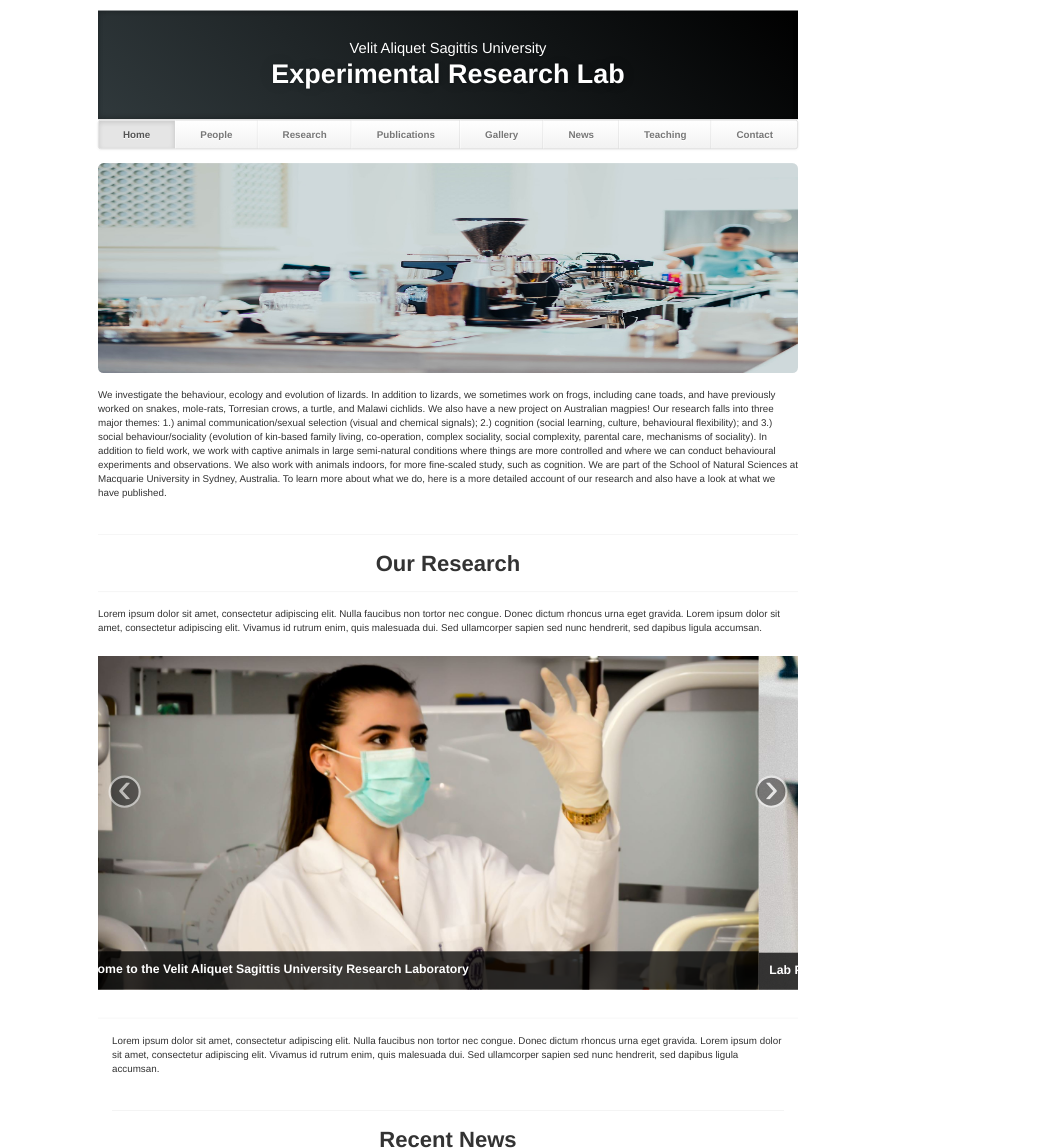
Repository: IAEUC/iaeuc.github.io
Page: index.html
The author's editor kept a copy of each file at every save. The page is drawn from the files as they stood at one save, then again after the next save.
The browser window is 1280 px wide. The page is 1280 px wide, then 1490 px, so the pictures cover 1490 px, including what lies to the right of the window. The pictures show the part of the page from y = 0 to 1640 px (the page is 3500 px tall before and 4100 px after), at 70% of full size.

Above is the page before, as saved 2025-08-07 17:23:44.

### index.html
<!DOCTYPE html>
<html lang="en">
   <head>
      <meta charset="utf-8">
      <title>Generic Research Lab Template - Home</title>
      <meta name="viewport" content="width=device-width, initial-scale=1.0">
      <meta name="description" content="Research Lab, Home, Velit Aliquet Sagittis University">
      <meta name="author" content="">
      <!-- Le styles -->
      <link href="css/bootstrap.min.css" rel="stylesheet">
      <link href="css/bootstrap-responsive.min.css" rel="stylesheet">
      <link href="css/theme.css" rel="stylesheet">
   </head>
   <body>
      <div class="container">
         <header class="jumbotron subhead" id="overview">
            <p class="lead"> Velit Aliquet Sagittis University </p>
            <h1>Experimental Research Lab</h1>
         </header>
         <div class="masthead">
            <div class="navbar">
               <div class="navbar-inner">
                  <div class="container">
                     <ul class="nav">
                        <li class="active"><a href="#">Home</a></li>
                        <li><a href="people.html">People</a></li>
                        <li><a href="research.html">Research</a></li>
                        <li><a href="publications.html">Publications</a></li>
                        <li><a href="gallery.html">Gallery</a></li>
                        <li><a href="news.html">News</a></li>
                        <li><a href="teaching.html">Teaching</a></li>
                        <li><a href="contact.html">Contact</a></li>
                     </ul>
                  </div>
               </div>
            </div>
         </div>

         <div class="row-fluid">
            <div class="span12">
                              <div class="centered" style="margin-bottom: 20px;">
                                 <img src="images/lab-photo.jpg" alt="Research Laboratory" style="max-height: 300px; width: 1200px; border-radius: 8px;">
                              </div>
                              <p>
                                We investigate the behaviour, ecology and evolution of lizards. In addition to lizards, we sometimes work on frogs, including cane toads, and have previously worked on snakes, mole-rats, Torresian crows, a turtle, and Malawi cichlids. We also have a new project on Australian magpies! Our research falls into three major themes: 1.) animal communication/sexual selection (visual and chemical signals); 2.) cognition (social learning, culture, behavioural flexibility); and 3.) social behaviour/sociality (evolution of kin-based family living, co-operation, complex sociality, social complexity, parental care, mechanisms of sociality).

                                 In addition to field work, we work with captive animals in large semi-natural conditions where things are more controlled and where we can conduct behavioural experiments and observations. We also work with animals indoors, for more fine-scaled study, such as cognition.

                                 We are part of the School of Natural Sciences at Macquarie University in Sydney, Australia. To learn more about what we do, here is a more detailed account of our research and also have a look at what we have published.
                              </p>
                              <br/>
                           </div>
         </div>
         <div class="row-fluid">
                  <hr>
                  <h2 class="centered">Our Research</h2>
                  <hr>
         </div>
         <div class="row-fluid">
            <div class="span12">
                              <p>
                                 Lorem ipsum dolor sit amet, consectetur adipiscing elit. Nulla faucibus non tortor nec congue.
                                 Donec dictum rhoncus urna eget gravida. Lorem ipsum dolor sit amet, consectetur adipiscing elit.
                                 Vivamus id rutrum enim, quis malesuada dui. Sed ullamcorper sapien sed nunc hendrerit, sed dapibus
                                 ligula accumsan.
                              </p>
                              <br/>
                           </div>
         </div>

         <div class="row-fluid">
            <div class="span12">
               <div id="main-carousel" class="carousel slide">
                  <div class="carousel-inner">
                     <div class="item active">
                        <img src="images/ani-kolleshi-crop3.JPG" class="carousel-image" alt="">
                        <div class="carousel-caption">
                           <h4>Welcome to the Velit Aliquet Sagittis University Research Laboratory</h4>
                           <!-- -->
                           <p></p>
                        </div>
                     </div>
                     <div class="item">
                        <img src="images/microscope-crop1.JPG" class="carousel-image" alt="">
                        <div class="carousel-caption">
                           <h4>Lab Photos</h4>
                           <p></p>
                        </div>
                     </div>
                     <div class="item">
                        <img src="images/building-crop1.JPG" class="carousel-image" alt="">
                        <div class="carousel-caption">
                           <h4>Main Building Photo</h4>
                           <p></p>
                        </div>
                     </div>
                  </div>
                  <a class="left carousel-control" href="#main-carousel" data-slide="prev">‹</a>
                  <a class="right carousel-control" href="#main-carousel" data-slide="next">›</a>
               </div>
            </div>
         </div>
         <hr>
         <div class="container-fluid">
            <div class="row-fluid marketing">
               <div class="span12">
                  <p>
                     Lorem ipsum dolor sit amet, consectetur adipiscing elit. Nulla faucibus non tortor nec congue.
                     Donec dictum rhoncus urna eget gravida. Lorem ipsum dolor sit amet, consectetur adipiscing elit.
                     Vivamus id rutrum enim, quis malesuada dui. Sed ullamcorper sapien sed nunc hendrerit, sed dapibus
                     ligula accumsan.
                  </p>
                  <br/>
               </div>
            </div>
               <div class="row-fluid">
                  <hr>
                  <h2 class="centered">Recent News</h2>
                  <hr>
               </div>
               <div class="span4 feature-item">
                  <h5> <span class="date"> May 1, 2019 </span> </h5>
                  <h4 class="feature-heading">
                     <a href="https://unsplash.com/photos/CPmrdbbpnXg">
                     Students pose for conference lacus luctus accumsan tortor posuere
                     </a>
                     <br/>
                  </h4>
                  <hr>
                  <div class="centered">
                     <a href="https://unsplash.com/photos/CPmrdbbpnXg">
                     <img src="thumbs/jerry-zhang-1281608-unsplash.jpg" alt=""></a>
                  </div>
                  <hr>
                  <p>
                     Lorem ipsum dolor sit amet, consectetur adipiscing elit, sed do eiusmod tempor incididunt ut labore et
                     dolore magna aliqua.
                     Find the proceedings <a href="https://unsplash.com/photos/CPmrdbbpnXg">here</a>.
                  </p>
                  <br/>
                  <br/>
               </div>
               <div class="span4 feature-item">
                  <h5> <span class="date">April 20, 2019</span> </h5>
                  <h4 class="feature-heading">
                     <a href="https://unsplash.com/photos/rTZW4f02zY8">
                     Tincidunt tortor aliquam nulla facilisi. Nunc scelerisque viverra mauris in
                     </a>
                  </h4>
                  <hr>
                  <div class="centered">
                     <a href="https://unsplash.com/photos/rTZW4f02zY8">
                     <img src="thumbs/nasa-89125-unsplash.jpg" alt="">
                     </a>
                  </div>
                  <hr>
                  <p>
                     Read the paper
                     <a href="https://unsplash.com/photos/rTZW4f02zY8">here</a>.
                     Consequat semper viverra nam libero justo laoreet. Commodo odio aenean sed adipiscing diam donec.
                  </p>
                  <br/>
               </div>
               <div class="row-fluid">
                  <div class="span4 feature-item">
                     <h5> <span class="date">October 2, 2018</span> </h5>
                     <h4 class="feature-heading">
                        <a href="http://mechanical.illinois.edu/news/miljkovic-pleased-join-%E2%80%98powerhouse%E2%80%99-illinois">
                        Pretium lectus quam id leo in vitae turpis massa
                        <br/>
                        <br/>
                        </a>
                     </h4>
                     <hr>
                     <div class="centered">
                        <a href="https://unsplash.com/photos/WNk-f-TnZDw">
                        <img src="thumbs/rodolfo-cuadros-762364-unsplash.jpg" alt=""></a>
                     </div>
                     <hr>
                     <p>
                        Tristique senectus et netus et malesuada. Sed viverra tellus in hac habitasse platea dictumst vestibulum rhoncus.
                        Read it <a href="https://unsplash.com/photos/WNk-f-TnZDw">here</a>.
                     </p>
                     <br/>
                  </div>
               </div>
               <hr>
            </div>
            <div class="row-fluid">
               <div class="span4 feature-item">
                  <h4 class="feature-heading"><a href="https://unsplash.com/photos/QvbLjB9pHLM">Lorem ipsum dolor sit amet, consectetur adipiscing elit. Ut sit amet ultrices velit habitasse platea</a></h4>
                  <hr>
                  <div class="centered">
                     <a href="https://unsplash.com/photos/QvbLjB9pHLM"><img src="thumbs/ivanov-crop.JPG" alt=""></a>
                  </div>
                  <hr>
                  <p>Aecenas consectetur vestibulum orci ut vulputate. Aenean cursus finibus pulvinar <a href="https://unsplash.com/photos/QvbLjB9pHLM">here</a>. </p>
                  <br/>
               </div>
               <div class="span4 feature-item">
                  <h4 class="feature-heading"><a href="https://unsplash.com/photos/lQGJCMY5qcM">Maecenas placerat ullamcorper eros a vehicula. Duis mollis tortor ut elit elementum</a></h4>
                  <hr>
                  <div class="centered">
                     <a href="https://unsplash.com/photos/lQGJCMY5qcM"><img src="thumbs/beaker-crop.JPG" alt=""></a>
                  </div>
                  <hr>
                  <p>Read the paper <a href="https://unsplash.com/photos/lQGJCMY5qcM">here</a> </p>
               </div>
               <div class="span4 feature-item">
                  <h4 class="feature-heading"><a href="https://unsplash.com/photos/QCbZ4ASLhM8">Fusce tempor placerat felis, et placerat sapien lacinia sit amet<br/><br/><br/></a></h4>
                  <hr>
                  <div class="centered">
                     <a href="https://unsplash.com/photos/QCbZ4ASLhM8"><img src="thumbs/sato-chart.JPG" alt=""></a>
                  </div>
                  <hr>
                  <p> Aenean posuere, nulla ut placerat fringilla, dolor dolor pellentesque metus. Read the paper <a href="https://unsplash.com/photos/QCbZ4ASLhM8">here</a>.</p>
                  <br/>
                  <br/>
                  <br/>
               </div>
            </div>
         </div>
      </div>
      <footer id="footer">
         <div class="container-fluid">
            <div class="row-fluid">
               <div class="span5">
                  <h3>Contact Information</h3>
                  <p><b>Office Hours: </b>Monday-Friday (8.00am - 5.00pm)</p>
                  <p><b>Phone: </b>999-999-9999</p>
                  <p><b>Cell: </b>999-999-9999</p>
                  <a href="mailto:your.email@uni.edu">Email</a>
               </div>
               <div class="span2">
                  <a href="https://mybrandnewlogo.com/"><img src = "thumbs/generic-logo.JPG" alt="research-lab-logo"/></a>
               </div>
               <div class="span5">
                  <h3>Address</h3>
                  <p>9999 Generic Research Laboratory<br>
                     999 Fake Street Avenue<br>
                     City, State<br>
                     Country ZIP
                  </p>
                  <a href="http://maps.google.com/">Show Map</a>
               </div>
            </div>
         </div>
      </footer>

      <!-- Javascript files -->
      <script src="js/jquery-1.9.1.min.js"></script>
      <script src="js/bootstrap.min.js"></script>
      <script> $('#main-carousel').carousel(); </script>
   </body>
</html>

Loaded but not shown: css/bootstrap.min.css (library); css/bootstrap-responsive.min.css (library); js/jquery-1.9.1.min.js (library); js/bootstrap.min.js (library); css/theme.css (552 lines, source omitted)

After the next save:
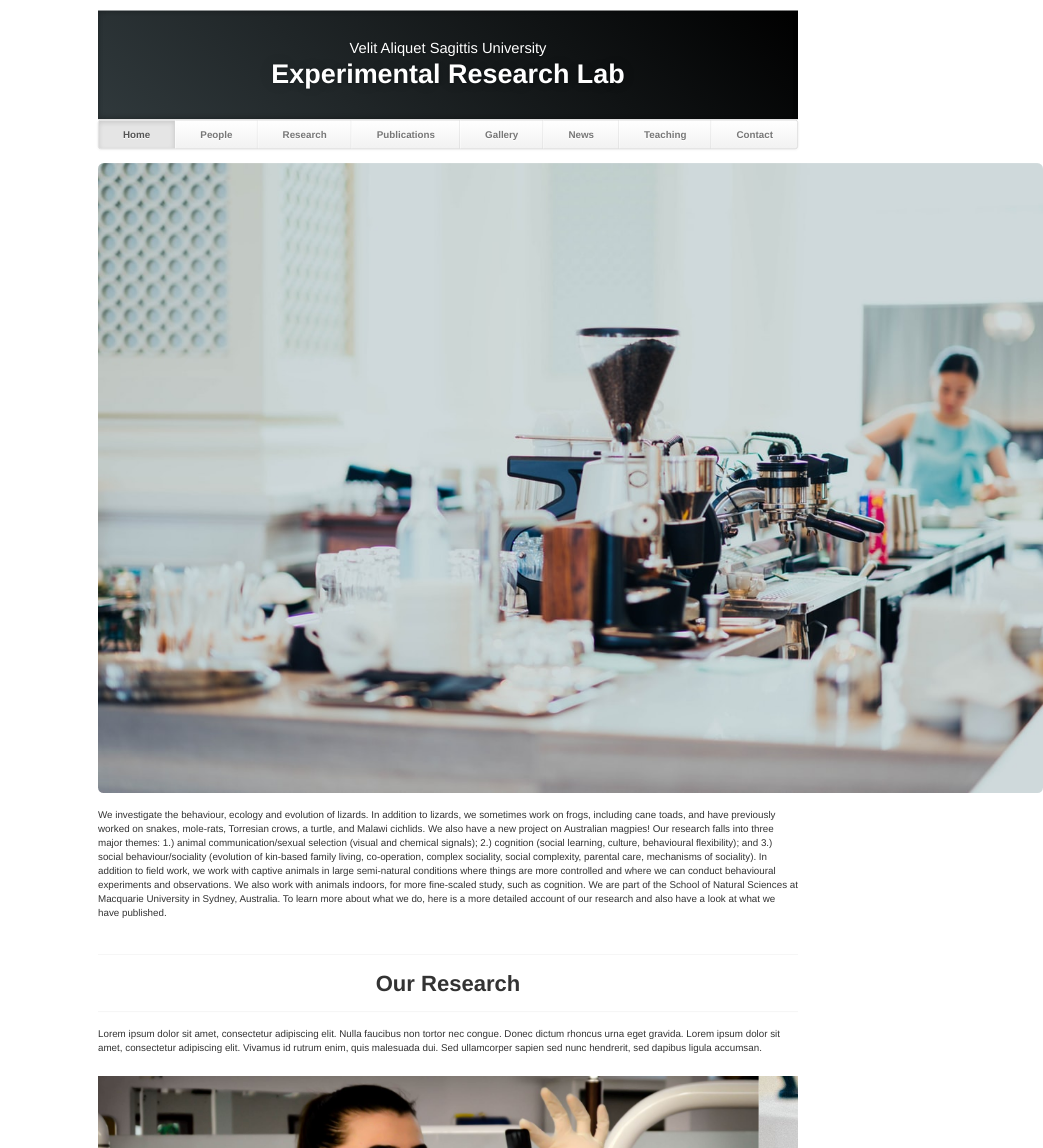
Saved 21 s later.
--- a/index.html
+++ b/index.html
@@ -39,7 +39,7 @@
          <div class="row-fluid">
             <div class="span12">
                               <div class="centered" style="margin-bottom: 20px;">
-                                 <img src="images/lab-photo.jpg" alt="Research Laboratory" style="max-height: 300px; width: 1200px; border-radius: 8px;">
+                                 <img src="images/lab-photo.jpg" alt="Research Laboratory" style="max-width: 600%; height: ; border-radius: 8px;">
                               </div>
                               <p>
                                 We investigate the behaviour, ecology and evolution of lizards. In addition to lizards, we sometimes work on frogs, including cane toads, and have previously worked on snakes, mole-rats, Torresian crows, a turtle, and Malawi cichlids. We also have a new project on Australian magpies! Our research falls into three major themes: 1.) animal communication/sexual selection (visual and chemical signals); 2.) cognition (social learning, culture, behavioural flexibility); and 3.) social behaviour/sociality (evolution of kin-based family living, co-operation, complex sociality, social complexity, parental care, mechanisms of sociality).
